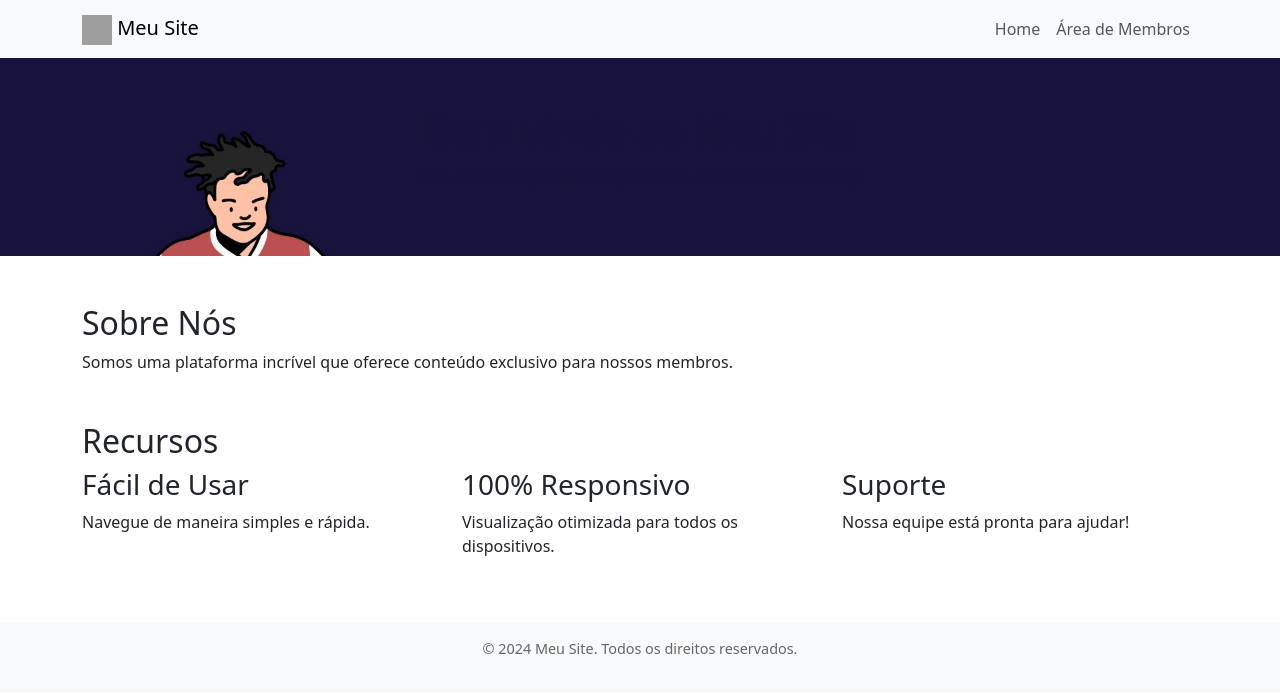
Repository: br-on/projeto-escolinhav3
Page: http://localhost/
An editor plug-in stored every save of this project. The page is shown before and after the next save, followed by the edit.
The browser window is 1280 px wide. The pictures show the whole page.
Pictures or frames that could not be fetched are drawn as grey boxes. The page is served by the project's application, run on Flask 3 (main.py).

Above is the page before, as saved 2024-11-14 14:17:04.

### templates/index.html
<!DOCTYPE html>
<html lang="pt-br">
<head>
    <meta charset="UTF-8">
    <meta name="viewport" content="width=device-width, initial-scale=1.0">
    <title>Homepage - Meu Site</title>
    <link href="https://cdn.jsdelivr.net/npm/bootstrap@5.3.0/dist/css/bootstrap.min.css" rel="stylesheet">
    <!-- Link para o CSS personalizado com url_for -->
    <link rel="stylesheet" href="{{ url_for('static', filename='css/style.css') }}">
</head>
<body>

    <!-- Navbar -->
    <nav class="navbar navbar-expand-lg navbar-light bg-light">
        <div class="container">
            <a class="navbar-brand" href="{{ url_for('views.index') }}">
                <!-- Link para o logo com url_for -->
                <img src="{{ url_for('static', filename='img/logo.png') }}" alt="Logo" width="30" height="30">
                Meu Site
            </a>
            <button class="navbar-toggler" type="button" data-bs-toggle="collapse" data-bs-target="#navbarNav">
                <span class="navbar-toggler-icon"></span>
            </button>
            <div class="collapse navbar-collapse" id="navbarNav">
                <ul class="navbar-nav ms-auto">
                    <li class="nav-item"><a class="nav-link" href="{{ url_for('views.index') }}">Home</a></li>
                    <li class="nav-item"><a class="nav-link" href="{{ url_for('views.membros') }}">Área de Membros</a></li>
                </ul>
            </div>
        </div>
    </nav>

    <!-- Hero Section -->
    <header class="bg-primary text-white text-center py-5">
        <div class="container">
            <h1>Bem-vindo ao Meu Site</h1>
            <p class="lead">Um site simples e responsivo usando Bootstrap</p>
        </div>
    </header>

    <!-- Conteúdo Principal -->
    <main class="container my-5">
        <section>
            <h2>Sobre Nós</h2>
            <p>Somos uma plataforma incrível que oferece conteúdo exclusivo para nossos membros.</p>
        </section>

        <section class="my-5">
            <h2>Recursos</h2>
            <div class="row">
                <div class="col-md-4">
                    <h3>Fácil de Usar</h3>
                    <p>Navegue de maneira simples e rápida.</p>
                </div>
                <div class="col-md-4">
                    <h3>100% Responsivo</h3>
                    <p>Visualização otimizada para todos os dispositivos.</p>
                </div>
                <div class="col-md-4">
                    <h3>Suporte</h3>
                    <p>Nossa equipe está pronta para ajudar!</p>
                </div>
            </div>
        </section>
    </main>

    <!-- Footer -->
    <footer class="bg-light text-center py-3">
        <p>&copy; 2024 Meu Site. Todos os direitos reservados.</p>
    </footer>

    <script src="https://cdn.jsdelivr.net/npm/bootstrap@5.3.0/dist/js/bootstrap.bundle.min.js"></script>
</body>
</html>

### views.py
# views.py
from flask import Blueprint, render_template

# Cria um Blueprint para as views
views = Blueprint('views', __name__)

@views.route('/')
def index():
    return render_template('index.html')

@views.route('/membros')
def membros():
    return render_template('membros.html')

### main.py
# app.py
from flask import Flask
from views import views  # Importa o Blueprint

app = Flask(__name__)

# Registra o Blueprint das views
app.register_blueprint(views)

if __name__ == '__main__':
    app.run(debug=True)

### static/css/style.css
/* Estilos customizados */

header {
    background-image: url('../img/banner.jpg');
    background-size: cover;
    color: white;
}

footer {
    font-size: 0.9em;
    color: #666;
}

.bg-primary {
    background-color: #d8561f !important; /* Cor de fundo substituída */
}

.text-white {
    color: #18133c !important; /* Cor de texto substituída */
}

After the next save:
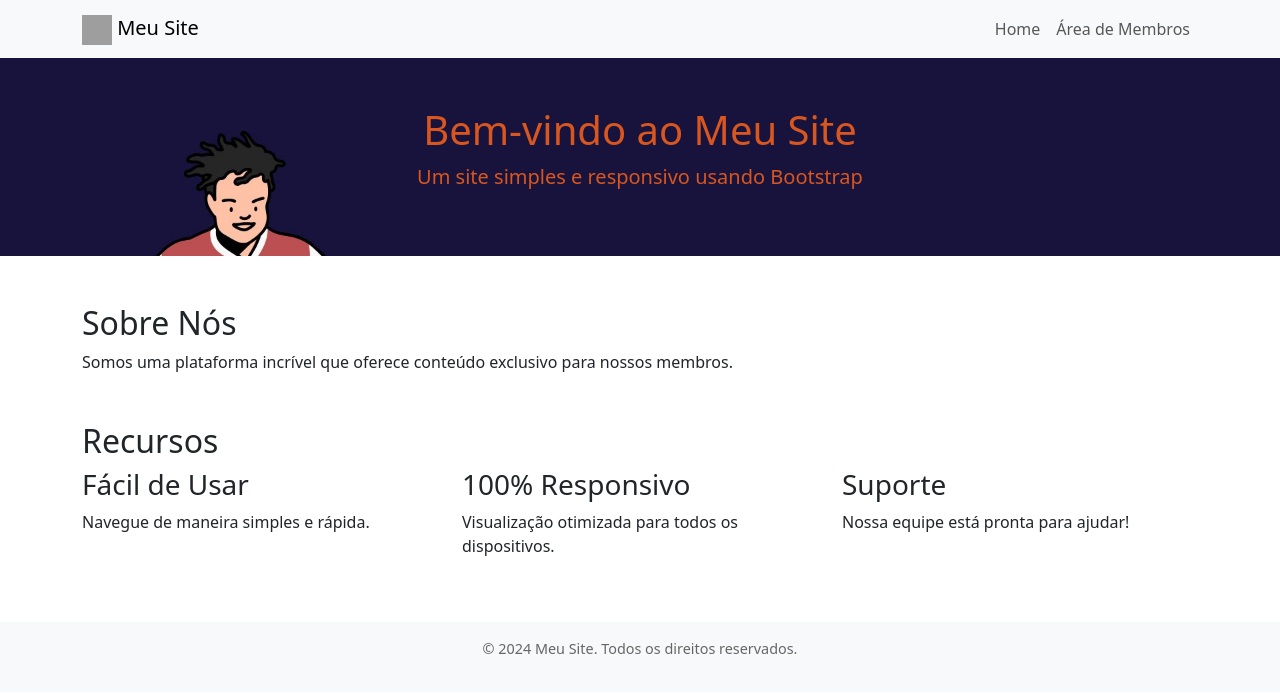
Saved 58 s later.
--- a/static/css/style.css
+++ b/static/css/style.css
@@ -12,9 +12,9 @@
 }
 
 .bg-primary {
-    background-color: #d8561f !important; /* Cor de fundo substituída */
+    background-color: #18133c !important; /* Cor de fundo substituída */
 }
 
 .text-white {
-    color: #18133c !important; /* Cor de texto substituída */
+    color: #d8561f !important; /* Cor de texto substituída */
 }
